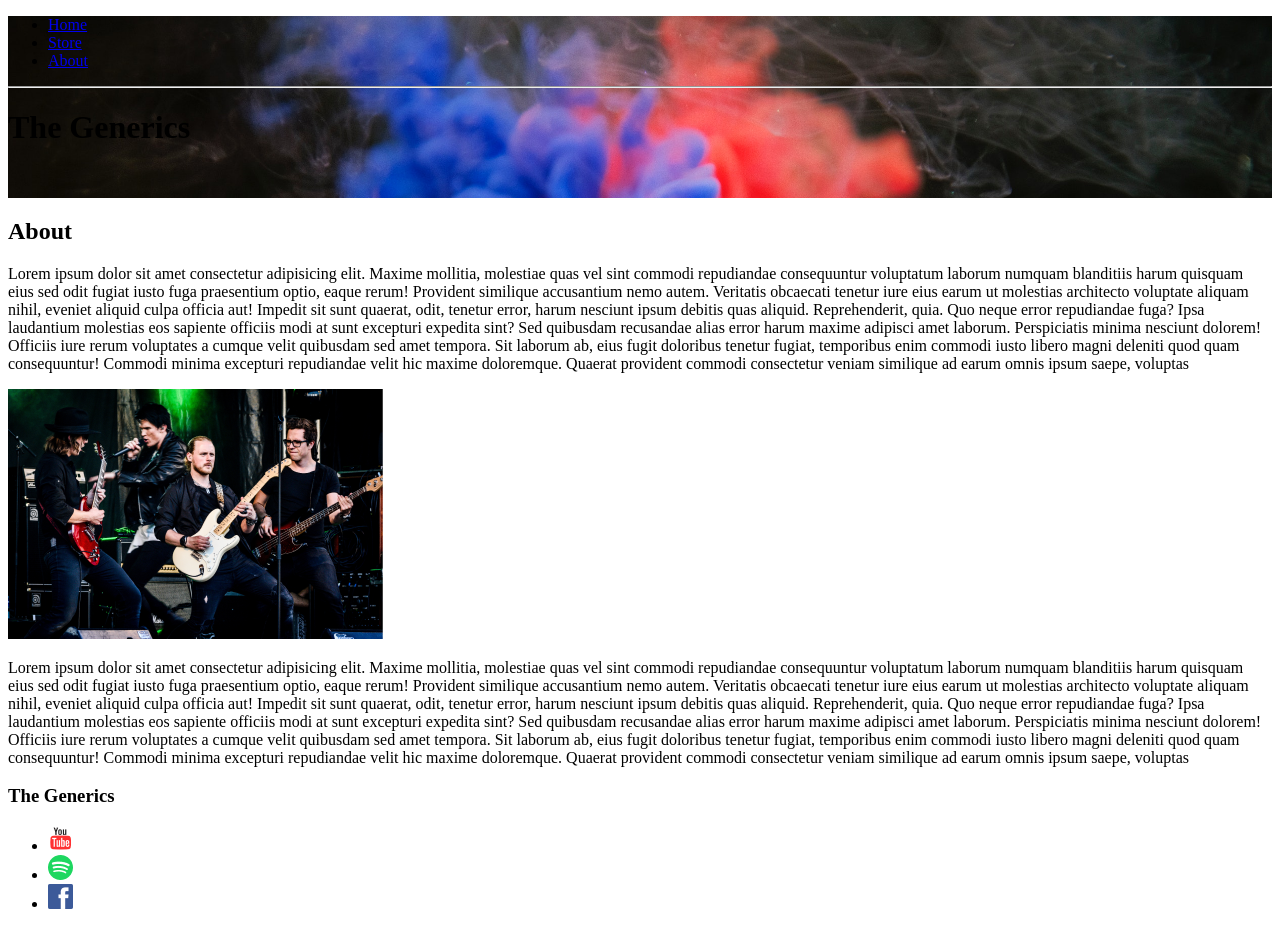
Repository: nazmulhaquep/WebDesign
Page: about.html
An editor plug-in stored every save of this project. The page is shown before and after the next save, followed by the edit.
The browser window is 1280 px wide. The pictures show the whole page.

Above is the page before, as saved 2023-11-23 09:59:07.

### about.html
<!DOCTYPE html>
<html lang="en">
<head>
    <meta charset="UTF-8">
    <meta name="viewport" content="width=device-width, initial-scale=1.0">
    <title>The Generics | About</title>
    <meta name="description" content="This is the description">
    <link rel="stylesheet" href="styles.css" />
</head>
<body>
    <header class="main-header">
        <nav>
            <ul>
                <li><a href="index.html">Home</a></li>
                <li><a href="store.html">Store</a></li>
                <li><a href="about.html">About</a></li>
            </ul>
        </nav>
        <hr/>
        <h1> The Generics </h1>
    </header>
    <section>
        <h1>About</h1>
        <p> Lorem ipsum dolor sit amet consectetur adipisicing elit. Maxime mollitia,
molestiae quas vel sint commodi repudiandae consequuntur voluptatum laborum
numquam blanditiis harum quisquam eius sed odit fugiat iusto fuga praesentium
optio, eaque rerum! Provident similique accusantium nemo autem. Veritatis
obcaecati tenetur iure eius earum ut molestias architecto voluptate aliquam
nihil, eveniet aliquid culpa officia aut! Impedit sit sunt quaerat, odit,
tenetur error, harum nesciunt ipsum debitis quas aliquid. Reprehenderit,
quia. Quo neque error repudiandae fuga? Ipsa laudantium molestias eos
sapiente officiis modi at sunt excepturi expedita sint? Sed quibusdam
recusandae alias error harum maxime adipisci amet laborum. Perspiciatis
minima nesciunt dolorem! Officiis iure rerum voluptates a cumque velit
quibusdam sed amet tempora. Sit laborum ab, eius fugit doloribus tenetur
fugiat, temporibus enim commodi iusto libero magni deleniti quod quam
consequuntur! Commodi minima excepturi repudiandae velit hic maxime
doloremque. Quaerat provident commodi consectetur veniam similique ad
earum omnis ipsum saepe, voluptas </p>
<img src="images/Band Members.png">
<p> Lorem ipsum dolor sit amet consectetur adipisicing elit. Maxime mollitia,
    molestiae quas vel sint commodi repudiandae consequuntur voluptatum laborum
    numquam blanditiis harum quisquam eius sed odit fugiat iusto fuga praesentium
    optio, eaque rerum! Provident similique accusantium nemo autem. Veritatis
    obcaecati tenetur iure eius earum ut molestias architecto voluptate aliquam
    nihil, eveniet aliquid culpa officia aut! Impedit sit sunt quaerat, odit,
    tenetur error, harum nesciunt ipsum debitis quas aliquid. Reprehenderit,
    quia. Quo neque error repudiandae fuga? Ipsa laudantium molestias eos
    sapiente officiis modi at sunt excepturi expedita sint? Sed quibusdam
    recusandae alias error harum maxime adipisci amet laborum. Perspiciatis
    minima nesciunt dolorem! Officiis iure rerum voluptates a cumque velit
    quibusdam sed amet tempora. Sit laborum ab, eius fugit doloribus tenetur
    fugiat, temporibus enim commodi iusto libero magni deleniti quod quam
    consequuntur! Commodi minima excepturi repudiandae velit hic maxime
    doloremque. Quaerat provident commodi consectetur veniam similique ad
    earum omnis ipsum saepe, voluptas </p>
    </section>
    <footer>
        <h3>The Generics</h3>
        <ul>
            <li><img src="images/YouTube Logo.png"> </li>
            <li><img src="images/Spotify Logo.png"> </li>
            <li><img src="images/Facebook Logo.png"> </li>
        </ul>
    </footer>
</body>
</html>

### styles.css
body{

}

.main-header{
    background-image: url('images/Header Background.jpg');
    background-size: cover;
    padding-bottom: 30px;
}

After the next save:
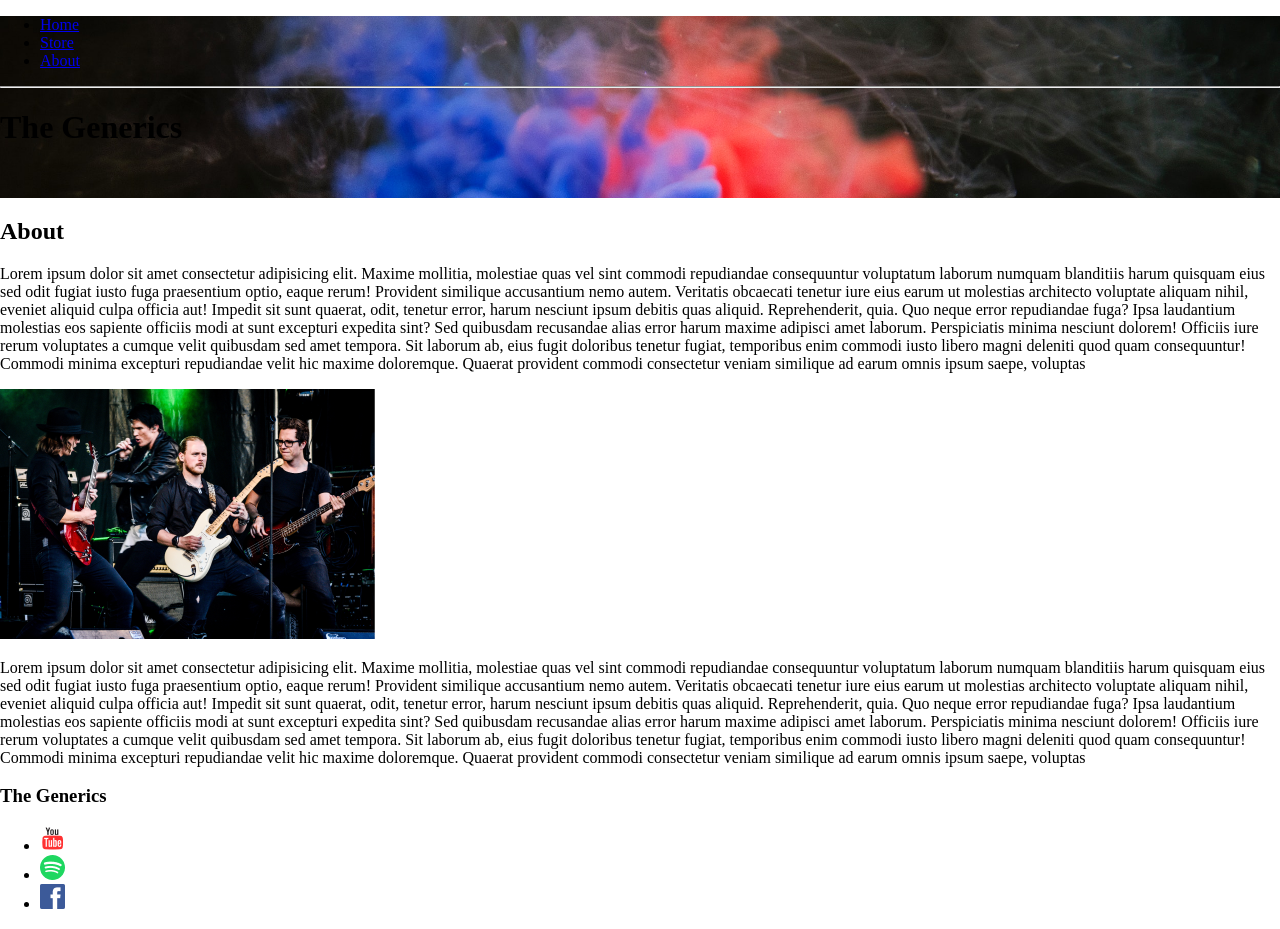
Saved 67 s later.
--- a/styles.css
+++ b/styles.css
@@ -1,5 +1,6 @@
-body{
-
+html,body{
+   margin:0;
+   padding:0;
 }
 
 .main-header{
